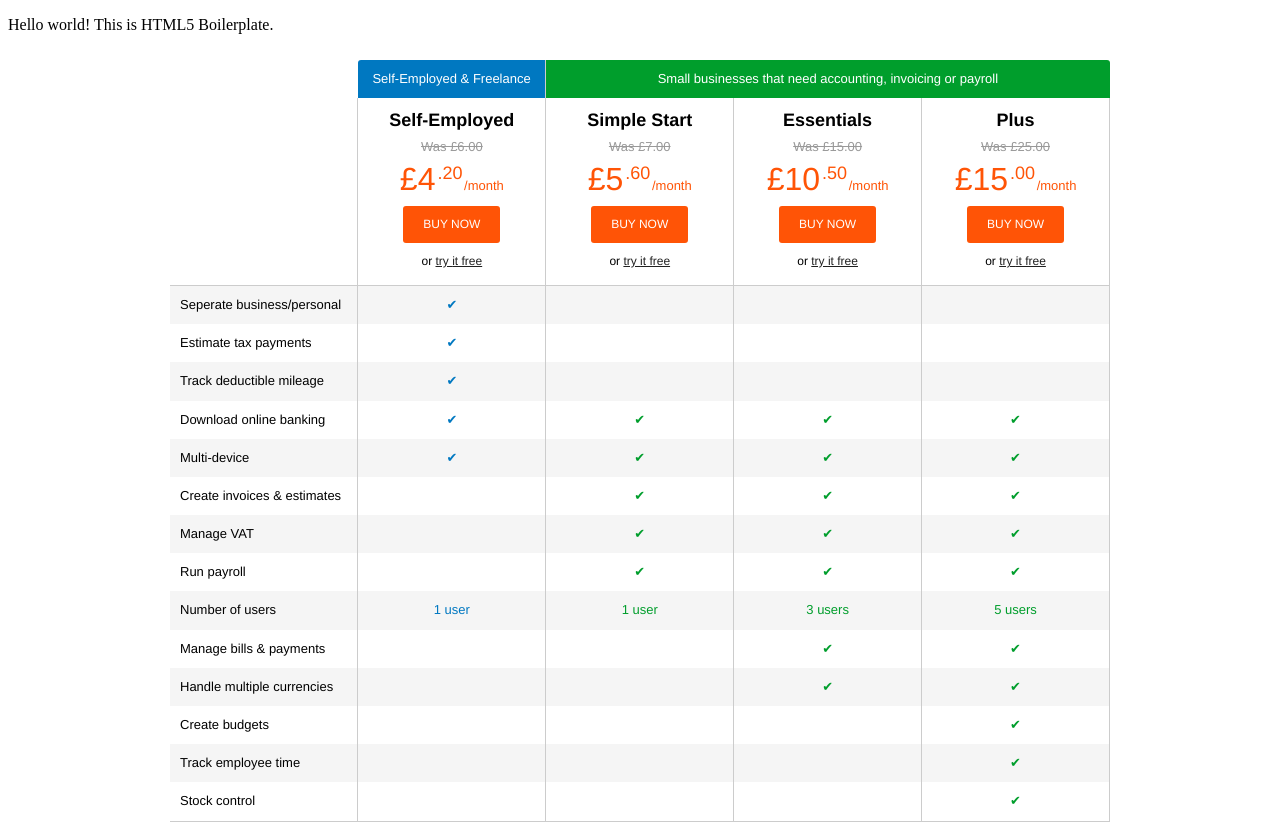
Repository: piyu-sh/product-comparison-page
Page: index.html
These files come from the project's save history. The page is drawn as it stood at one moment and after a run of saves; the edit follows.
The browser window is 1280 px wide. The pictures show the whole page.
The page's requests for data from a server got no answer.

Above is the page before, as saved 2018-12-01 12:13:21.

### index.html
<!doctype html>
<html class="no-js" lang="">

<head>
  <meta charset="utf-8">
  <meta http-equiv="x-ua-compatible" content="ie=edge">
  <title></title>
  <meta name="description" content="">
  <meta name="viewport" content="width=device-width, initial-scale=1, shrink-to-fit=no">

  <!-- <link rel="manifest" href="site.webmanifest">
  <link rel="apple-touch-icon" href="icon.png"> -->
  <!-- Place favicon.ico in the root directory -->

  <!-- <link rel="stylesheet" href="css/normalize.css"> -->
  <link rel="stylesheet" href="css/main.css">
</head>

<body>
  <!--[if lte IE 9]>
    <p class="browserupgrade">You are using an <strong>outdated</strong> browser. Please <a href="https://browsehappy.com/">upgrade your browser</a> to improve your experience and security.</p>
  <![endif]-->

  <!-- Add your site or application content here -->
  <p>Hello world! This is HTML5 Boilerplate.</p>
  <div id='myApp'></div>
  <div class="comparison">

    <table>
      <thead>
        <tr>
          <th class="tl tl2"></th>
          <th class="qbse">
            Self-Employed & Freelance
          </th>
          <th colspan="3" class="qbo">
            Small businesses that need accounting, invoicing or payroll
          </th>
        </tr>
        <tr>
          <th class="tl"></th>
          <th class="compare-heading">
            Self-Employed
          </th>
          <th class="compare-heading">
            Simple Start
          </th>
          <th class="compare-heading">
            Essentials
          </th>
          <th class="compare-heading">
            Plus
          </th>
        </tr>
        <tr>
          <th></th>
          <th class="price-info">
            <div class="price-was">Was £6.00</div>
            <div class="price-now"><span>£4<span class="price-small">.20</span></span> /month</div>
            <div><a href="#" class="price-buy">Buy <span class="hide-mobile">Now</span></a></div>
            <div class="price-try"><span class="hide-mobile">or </span><a href="#">try <span class="hide-mobile">it free</span></a></div>
          </th>
          <th class="price-info">
            <div class="price-was">Was £7.00</div>
            <div class="price-now"><span>£5<span class="price-small">.60</span></span> /month</div>
            <div><a href="#" class="price-buy">Buy <span class="hide-mobile">Now</span></a></div>
            <div class="price-try"><span class="hide-mobile">or </span><a href="#">try <span class="hide-mobile">it free</span></a></div>
          </th>
          <th class="price-info">
            <div class="price-was">Was £15.00</div>
            <div class="price-now"><span>£10<span class="price-small">.50</span></span> /month</div>
            <div><a href="#" class="price-buy">Buy <span class="hide-mobile">Now</span></a></div>
            <div class="price-try"><span class="hide-mobile">or </span><a href="#">try <span class="hide-mobile">it free</span></a></div>
          </th>
          <th class="price-info">
            <div class="price-was">Was £25.00</div>
            <div class="price-now"><span>£15<span class="price-small">.00</span></span> /month</div>
            <div><a href="#" class="price-buy">Buy <span class="hide-mobile">Now</span></a></div>
            <div class="price-try"><span class="hide-mobile">or </span><a href="#">try <span class="hide-mobile">it free</span></a></div>
          </th>
        </tr>
      </thead>
      <tbody>
        <tr>
          <td></td>
          <td colspan="4">Seperate business from personal spending</td>
        </tr>
        <tr class="compare-row">
          <td>Seperate business/personal</td>
          <td><span class="tickblue">✔</span></td>
          <td></td>
          <td></td>
          <td></td>
        </tr>
        <tr>
          <td>&nbsp;</td>
          <td colspan="4">Estimate tax payments</td>
        </tr>
        <tr>
          <td>Estimate tax payments</td>
          <td><span class="tickblue">✔</span></td>
          <td></td>
          <td></td>
          <td></td>
        </tr>
        <tr>
          <td>&nbsp;</td>
          <td colspan="4">Track deductible mileage</td>
        </tr>
        <tr class="compare-row">
          <td>Track deductible mileage</td>
          <td><span class="tickblue">✔</span></td>
          <td></td>
          <td></td>
          <td></td>
        </tr>
        <tr>
          <td>&nbsp;</td>
          <td colspan="4">Download online banking</td>
        </tr>
        <tr>
          <td>Download online banking</td>
          <td><span class="tickblue">✔</span></td>
          <td><span class="tickgreen">✔</span></td>
          <td><span class="tickgreen">✔</span></td>
          <td><span class="tickgreen">✔</span></td>
        </tr>
        <tr>
          <td>&nbsp;</td>
          <td colspan="4">Works on PC, Mac & mobile</td>
        </tr>
        <tr class="compare-row">
          <td>Multi-device</td>
          <td><span class="tickblue">✔</span></td>
          <td><span class="tickgreen">✔</span></td>
          <td><span class="tickgreen">✔</span></td>
          <td><span class="tickgreen">✔</span></td>
        </tr>
        <tr>
          <td>&nbsp;</td>
          <td colspan="4">Create invoices & estimates</td>
        </tr>
        <tr>
          <td>Create invoices & estimates</td>
          <td></td>
          <td><span class="tickgreen">✔</span></td>
          <td><span class="tickgreen">✔</span></td>
          <td><span class="tickgreen">✔</span></td>
        </tr>
        <tr>
          <td>&nbsp;</td>
          <td colspan="4">Manage VAT</td>
        </tr>
        <tr class="compare-row">
          <td>Manage VAT</td>
          <td></td>
          <td><span class="tickgreen">✔</span></td>
          <td><span class="tickgreen">✔</span></td>
          <td><span class="tickgreen">✔</span></td>
        </tr>
        <tr>
          <td>&nbsp;</td>
          <td colspan="4">Run payroll</td>
        </tr>
        <tr>
          <td>Run payroll</td>
          <td></td>
          <td><span class="tickgreen">✔</span></td>
          <td><span class="tickgreen">✔</span></td>
          <td><span class="tickgreen">✔</span></td>
        </tr>
        <tr>
          <td>&nbsp;</td>
          <td colspan="4">Number of users</td>
        </tr>
        <tr class="compare-row">
          <td>Number of users</td>
          <td class="tickblue">1 user</td>
          <td class="tickgreen">1 user</td>
          <td class="tickgreen">3 users</td>
          <td class="tickgreen">5 users</td>
        </tr>
        <tr>
          <td>&nbsp;</td>
          <td colspan="4">Manage bills & payments</td>
        </tr>
        <tr>
          <td>Manage bills & payments</td>
          <td></td>
          <td></td>
          <td><span class="tickgreen">✔</span></td>
          <td><span class="tickgreen">✔</span></td>
        </tr>
        <tr>
          <td>&nbsp;</td>
          <td colspan="4">Handle multiple currencies</td>
        </tr>
        <tr class="compare-row">
          <td>Handle multiple currencies</td>
          <td></td>
          <td></td>
          <td><span class="tickgreen">✔</span></td>
          <td><span class="tickgreen">✔</span></td>
        </tr>
        <tr>
          <td>&nbsp;</td>
          <td colspan="4">Create budgets</td>
        </tr>
        <tr>
          <td>Create budgets</td>
          <td></td>
          <td></td>
          <td></td>
          <td><span class="tickgreen">✔</span></td>
        </tr>
        <tr>
          <td>&nbsp;</td>
          <td colspan="4">Track employee time</td>
        </tr>
        <tr class="compare-row">
          <td>Track employee time</td>
          <td></td>
          <td></td>
          <td></td>
          <td><span class="tickgreen">✔</span></td>
        </tr>
        <tr>
          <td>&nbsp;</td>
          <td colspan="4">Stock control</td>
        </tr>
        <tr>
          <td>Stock control</td>
          <td></td>
          <td></td>
          <td></td>
          <td><span class="tickgreen">✔</span></td>
        </tr>
      </tbody>
    </table>

  </div>
  <script src="js/main.js"></script>

</body>

</html>

### css/main.css
.comparison {
    max-width:940px;
    margin:0 auto;
    font:13px/1.4 "Helvetica Neue",Helvetica,Arial,sans-serif;
    text-align:center;
    padding:10px;
  }

  .comparison table {
    width:100%;
    border-collapse: collapse;
    border-spacing: 0;
    table-layout: fixed;
    border-bottom:1px solid #CCC;
  }

  .comparison td, .comparison th {
    border-right:1px solid #CCC;
    empty-cells: show;
    padding:10px;
  }

  .compare-heading {
    font-size:18px;
    font-weight:bold !important;
    border-bottom:0 !important;
    padding-top:10px !important;
  }

  .comparison tbody tr:nth-child(odd) {
    display:none;
  }

  .comparison .compare-row {
    background:#F5F5F5;
  }

  .comparison .tickblue {
    color:#0078C1;
  }

  .comparison .tickgreen {
    color:#009E2C;
  }

  .comparison th {
    font-weight:normal;
    padding:0;
    border-bottom:1px solid #CCC;
  }

  .comparison tr td:first-child {
    text-align:left;
  }

  .comparison .qbse, .comparison .qbo, .comparison .tl {
    color:#FFF;
    padding:10px;
    font-size:13px;
    border-right:1px solid #CCC;
    border-bottom:0;
  }

  .comparison .tl2 {
    border-right:0;
  }

  .comparison .qbse {
    background:#0078C1;
    border-top-left-radius: 3px;
    border-left:0px;
  }

  .comparison .qbo {
    background:#009E2C;
    border-top-right-radius: 3px;
    border-right:0px;
  }

  .comparison .price-info {
    padding:5px 15px 15px 15px;
  }

  .comparison .price-was {
    color:#999;
    text-decoration: line-through;
  }

  .comparison .price-now, .comparison .price-now span {
    color:#ff5406;
  }

  .comparison .price-now span {
    font-size:32px;
  }

  .comparison .price-small {
      font-size: 18px !important;
      position: relative;
      top: -11px;
      left: 2px;
  }

  .comparison .price-buy {
    background:#ff5406;
    padding:10px 20px;
    font-size:12px;
    display:inline-block;
    color:#FFF;
    text-decoration:none;
    border-radius:3px;
    text-transform:uppercase;
    margin:5px 0 10px 0;
  }

  .comparison .price-try {
    font-size:12px;
  }

  .comparison .price-try a {
    color:#202020;
  }

  @media (max-width: 767px) {
    .comparison td:first-child, .comparison th:first-child {
      display: none;
    }
    .comparison tbody tr:nth-child(odd) {
      display:table-row;
      background:#F7F7F7;
    }
    .comparison .row {
      background:#FFF;
    }
    .comparison td, .comparison th {
      border:1px solid #CCC;
    }
    .price-info {
    border-top:0 !important;

  }

  }

  @media (max-width: 639px) {
    .comparison .price-buy {
      padding:5px 10px;
    }
    .comparison td, .comparison th {
      padding:10px 5px;
    }
    .comparison .hide-mobile {
      display:none;
    }
    .comparison .price-now span {
    font-size:16px;
  }

  .comparison .price-small {
      font-size: 16px !important;
      top: 0;
      left: 0;
  }
    .comparison .qbse, .comparison .qbo {
      font-size:12px;
      padding:10px 5px;
    }
    .comparison .price-buy {
      margin-top:10px;
    }
    .compare-heading {
    font-size:13px;
  }
  }

### js/main.js
window.onload = loadXMLDoc;

var productData = {};

function loadXMLDoc() {
    var xmlhttp = new XMLHttpRequest();

    xmlhttp.onreadystatechange = function() {
        if (xmlhttp.readyState == XMLHttpRequest.DONE) {   // XMLHttpRequest.DONE == 4
            var myApp = document.getElementById("myApp");
           if (xmlhttp.status == 200) {
            productData = xmlhttp.responseText;
           }
           else if (xmlhttp.status == 400) {
            productData = {
                'error': 'There was an error 400'
            }
           }
           else {
            productData = {
                'error':'something else other than 200 was returned'
            }
           }
        }
    };

    xmlhttp.open("GET", "https://flipkart-mock-product.now.sh/", true);
    xmlhttp.send();
}

function renderFromData(data){

}

After the next 2 saves:
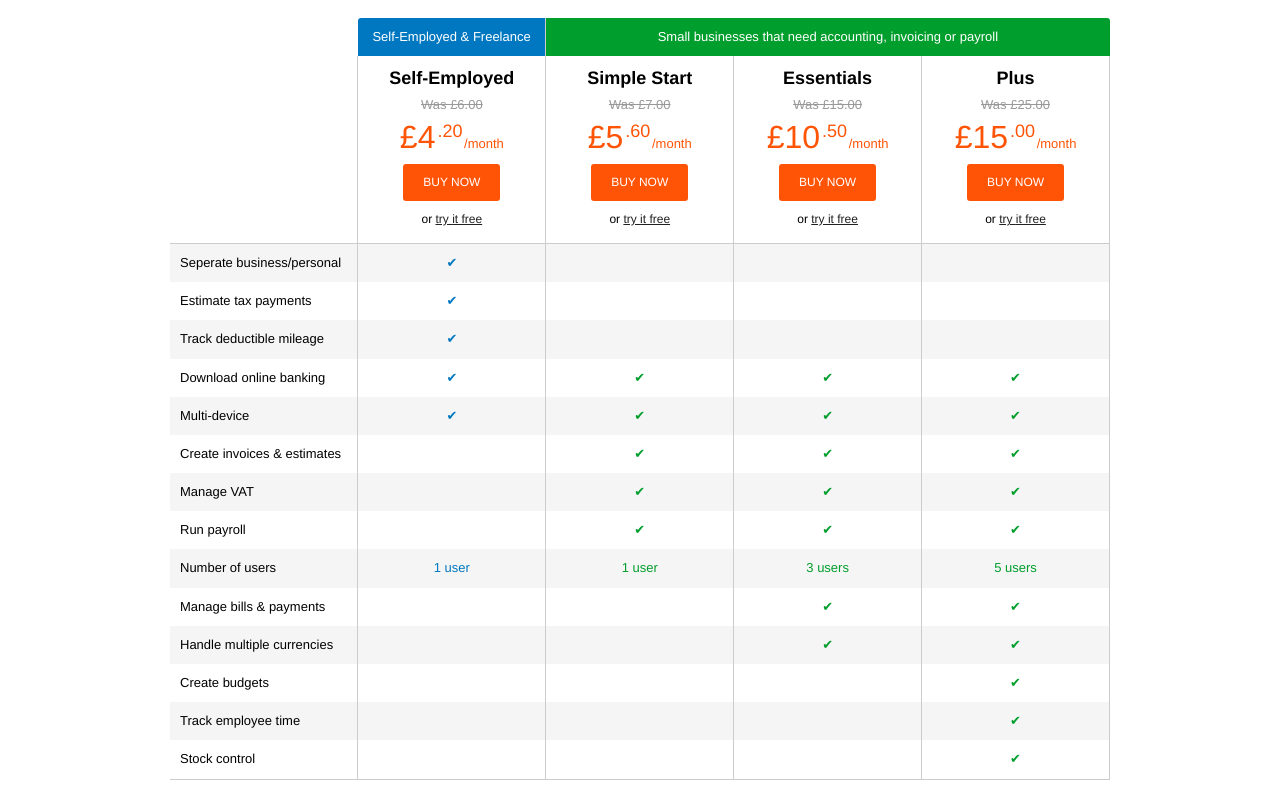
The 2 saves are shown as one change because they came seconds apart.
The last was saved 28 s later.
--- a/index.html
+++ b/index.html
@@ -22,10 +22,8 @@
   <![endif]-->
 
   <!-- Add your site or application content here -->
-  <p>Hello world! This is HTML5 Boilerplate.</p>
   <div id='myApp'></div>
   <div class="comparison">
-
     <table>
       <thead>
         <tr>
